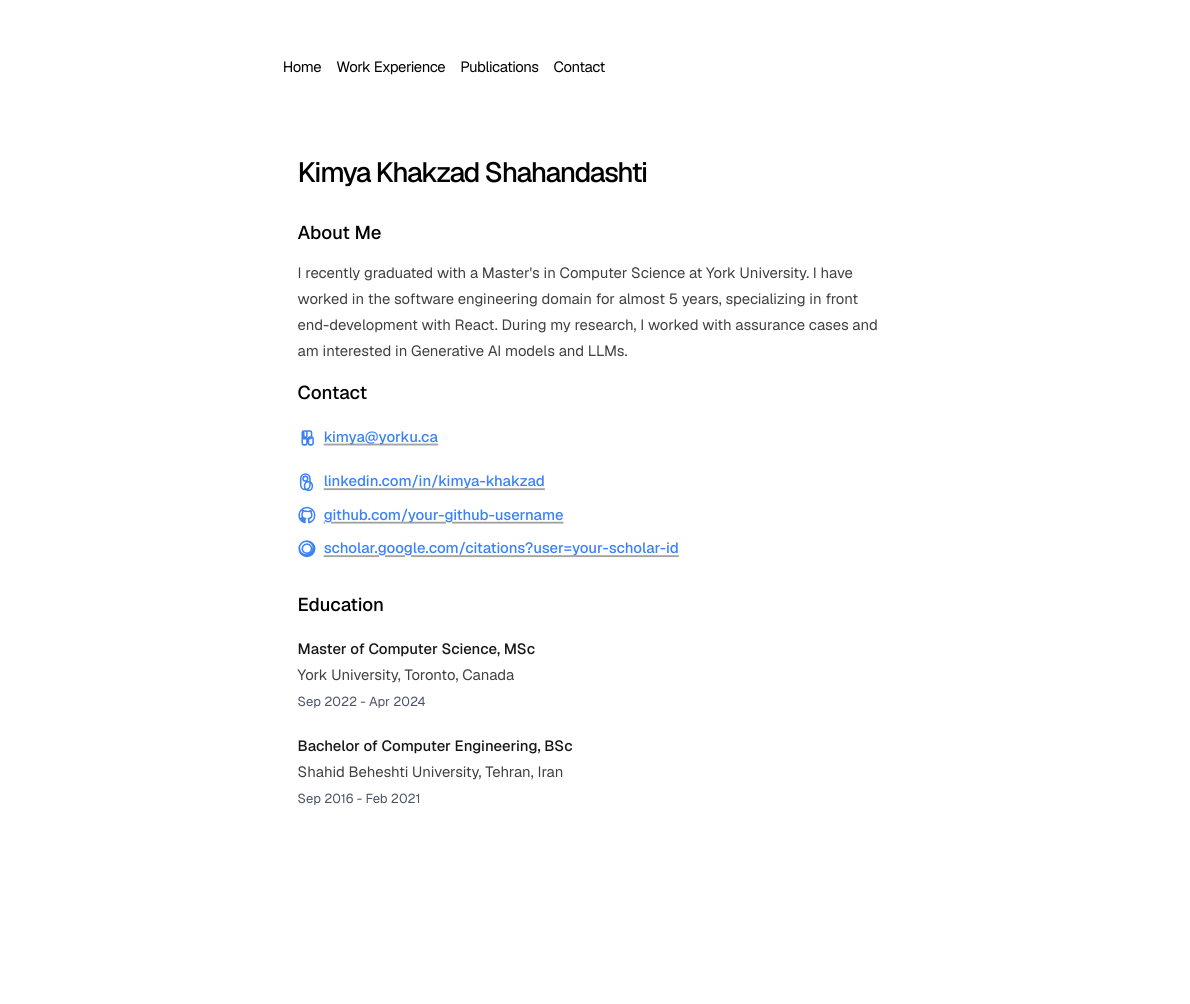
Repository: kimixz/kimixz.github.io
Page: /
The author's editor kept a copy of each file at every save. The page is drawn from the files as they stood at one save, then again after the next save.
The browser window is 1280 px wide. The pictures show the whole page, at 93% of full size.
The project was rebuilt for these pictures with package versions that can differ from the ones it lists, and the page was loaded fresh each time. Some packages were replaced by stand-ins written for this rebuild. The framework's server and built-in components were replaced by stand-ins that run in the browser. Also part of the build but not shown: next.config.mjs, app/blog/[slug]/sandpack.tsx.

Above is the page before, as saved 2024-07-28 18:59:13.

After the next save:
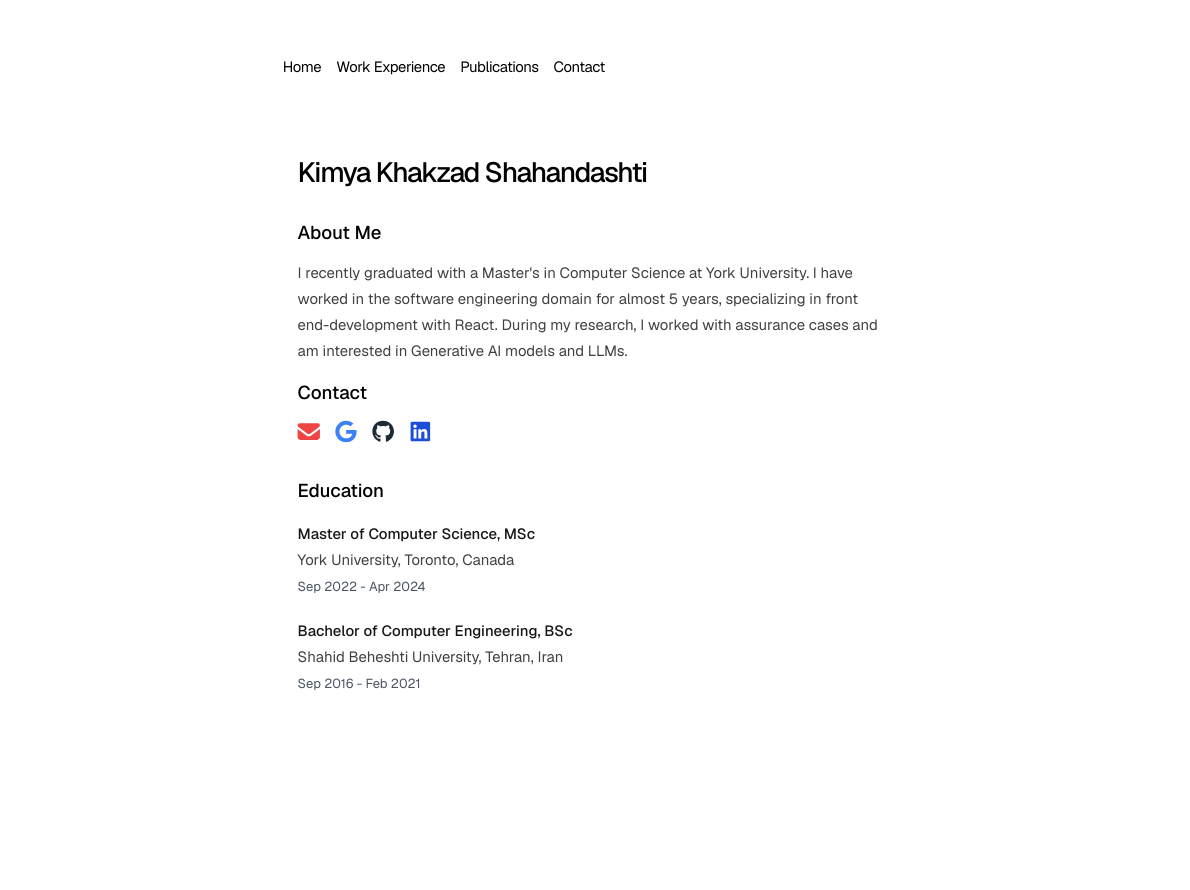
Saved 4 min 2 s later.
--- a/app/page.tsx
+++ b/app/page.tsx
@@ -1,3 +1,7 @@
+import { FontAwesomeIcon } from '@fortawesome/react-fontawesome';
+import { faEnvelope } from '@fortawesome/free-solid-svg-icons';
+import { faLinkedin, faGithub, faGoogle } from '@fortawesome/free-brands-svg-icons';
+
 export default function Page() {
   return (
     <section className="max-w-3xl mx-auto p-4">
@@ -11,32 +15,20 @@ export default function Page() {
         </p>
         <div className="mt-4">
           <h2 className="font-medium text-xl mb-4">Contact</h2>
-          <p className="prose prose-neutral dark:prose-invert">
-            <a href="mailto:kimya@yorku.ca" className="text-blue-500 flex items-center">
-              <svg xmlns="http://www.w3.org/2000/svg" className="h-5 w-5 mr-2" fill="none" viewBox="0 0 24 24" stroke="currentColor">
-                <path strokeLinecap="round" strokeLinejoin="round" strokeWidth={2} d="M16 12h2a2 2 0 012 2v6a2 2 0 01-2 2h-2a2 2 0 01-2-2v-6a2 2 0 012-2zm-8 0h2a2 2 0 012 2v6a2 2 0 01-2 2H8a2 2 0 01-2-2V8a2 2 0 012-2zM8 4h2a2 2 0 012 2v6a2 2 0 01-2 2H8a2 2 0 01-2-2V6a2 2 0 012-2zm0 0h8a2 2 0 012 2v6a2 2 0 01-2 2H8a2 2 0 01-2-2V6a2 2 0 012-2z" />
-              </svg>
-              kimya@yorku.ca
+          <div className="flex space-x-4">
+            <a href="mailto:kimya@yorku.ca" className="text-red-500">
+              <FontAwesomeIcon icon={faEnvelope} className="h-6 w-6" />
             </a>
-            <a href="https://linkedin.com/in/kimya-khakzad" className="text-blue-500 flex items-center mt-2">
-              <svg xmlns="http://www.w3.org/2000/svg" className="h-5 w-5 mr-2" fill="none" viewBox="0 0 24 24" stroke="currentColor">
-                <path strokeLinecap="round" strokeLinejoin="round" strokeWidth={2} d="M16 8a6 6 0 00-12 0v8a6 6 0 0012 0V8zm-6-3a3 3 0 110 6 3 3 0 010-6zm9 12a5 5 0 00-10 0v1a5 5 0 0010 0v-1z" />
-              </svg>
-              linkedin.com/in/kimya-khakzad
+            <a href="https://scholar.google.com/citations?user=your-scholar-id" className="text-blue-500">
+              <FontAwesomeIcon icon={faGoogle} className="h-6 w-6" />
             </a>
-            <a href="https://github.com/your-github-username" className="text-blue-500 flex items-center mt-2">
-              <svg xmlns="http://www.w3.org/2000/svg" className="h-5 w-5 mr-2" fill="none" viewBox="0 0 24 24" stroke="currentColor">
-                <path strokeLinecap="round" strokeLinejoin="round" strokeWidth={2} d="M12 2C6.477 2 2 6.477 2 12c0 4.418 2.867 8.167 6.839 9.491.5.092.682-.217.682-.483 0-.237-.01-1.02-.015-1.85-2.782.605-3.369-1.34-3.369-1.34-.454-1.165-1.11-1.477-1.11-1.477-.909-.62.069-.607.069-.607 1.004.071 1.531 1.032 1.531 1.032.892 1.53 2.341 1.088 2.91.832.092-.646.349-1.089.636-1.34-2.221-.252-4.555-1.112-4.555-4.951 0-1.093.39-1.987 1.029-2.688-.103-.253-.446-1.272.098-2.65 0 0 .84-.27 2.75 1.025A9.563 9.563 0 0112 6.844c.851.004 1.705.115 2.504.336 1.91-1.295 2.75-1.025 2.75-1.025.544 1.378.201 2.397.098 2.65.64.701 1.029 1.595 1.029 2.688 0 3.849-2.336 4.695-4.565 4.942.359.309.679.92.679 1.855 0 1.34-.012 2.422-.012 2.75 0 .269.18.579.688.481C19.134 20.165 22 16.418 22 12c0-5.523-4.477-10-10-10z" />
-              </svg>
-              github.com/your-github-username
+            <a href="https://github.com/your-github-username" className="text-gray-800">
+              <FontAwesomeIcon icon={faGithub} className="h-6 w-6" />
             </a>
-            <a href="https://scholar.google.com/citations?user=your-scholar-id" className="text-blue-500 flex items-center mt-2">
-              <svg xmlns="http://www.w3.org/2000/svg" className="h-5 w-5 mr-2" fill="none" viewBox="0 0 24 24" stroke="currentColor">
-                <path strokeLinecap="round" strokeLinejoin="round" strokeWidth={2} d="M12 2a10 10 0 00-10 10 10 10 0 0010 10 10 10 0 0010-10 10 10 0 00-10-10zM4.93 4.93a9 9 0 1112.728 12.728A9 9 0 014.93 4.93zM12 6a6 6 0 00-5.294 8.83A6 6 0 0012 18a6 6 0 005.294-3.17A6 6 0 0012 6z" />
-              </svg>
-              scholar.google.com/citations?user=your-scholar-id
+            <a href="https://linkedin.com/in/kimya-khakzad" className="text-blue-700">
+              <FontAwesomeIcon icon={faLinkedin} className="h-6 w-6" />
             </a>
-          </p>
+          </div>
         </div>
       </section>
 
